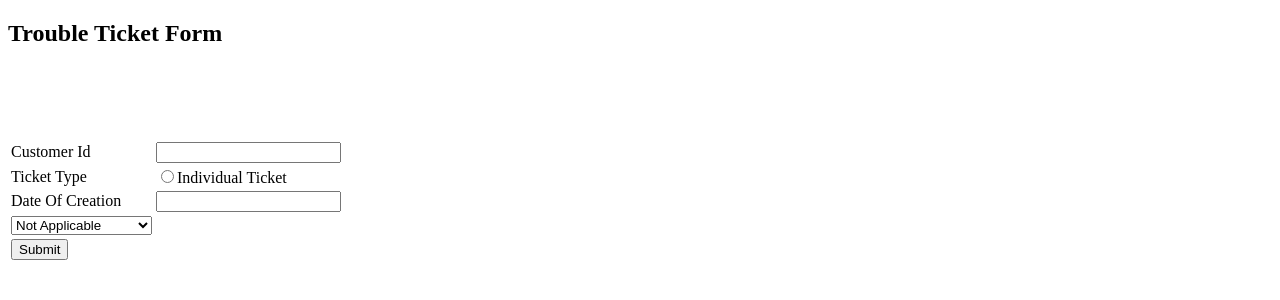
Repository: ApoorvaVeluri/JavaProject
Page: http://localhost/userinterface/Input.jsp
These files come from the project's save history. The page is drawn as it stood at one moment and after the next save; the edit follows.
The browser window is 1280 px wide. The pictures show the whole page.
The page is served by Tomcat 9.

Above is the page before, as saved 2015-08-20 10:48:02.

After the next save:
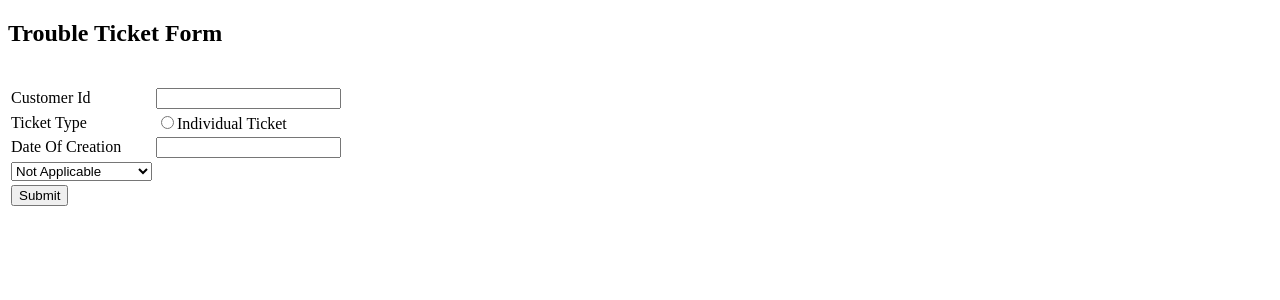
Saved 32 s later.
--- a/html/userinterface/WebContent/Input.jsp
+++ b/html/userinterface/WebContent/Input.jsp
@@ -15,21 +15,19 @@
 				<td>Customer Id</td>
 				<td><input type="text" name="customerid" /></td>
 			</tr>
-			</div>
-			<div align="center"><br></div>
+
+
 			<tr>
 				<td>Ticket Type</td>
 				<td><input type="radio" name="index" value="ticket_type" />Individual Ticket</td>
 
 			</tr>
- 			</div>
- 			<div align="center"><br></div>
+
 			<tr>
 				<td>Date Of Creation</td>
 				<td><input type="text" name="Date" /></td>
 			</tr>
-			</div>
-			<div align="center"><br></div>
+
 			<tr>
 				<td><select name="Disposition Id">
 					<option value="Not Applicable">Not Applicable</option>
@@ -39,10 +37,10 @@
 				</select>
 				</td>
 			</tr>
-			</div>
 			<tr>
 				<td colspan="2"><input type="submit" value="Submit" /></td>
 			</tr>
+			</div>
 		</table>
 	</form>
 </body>
